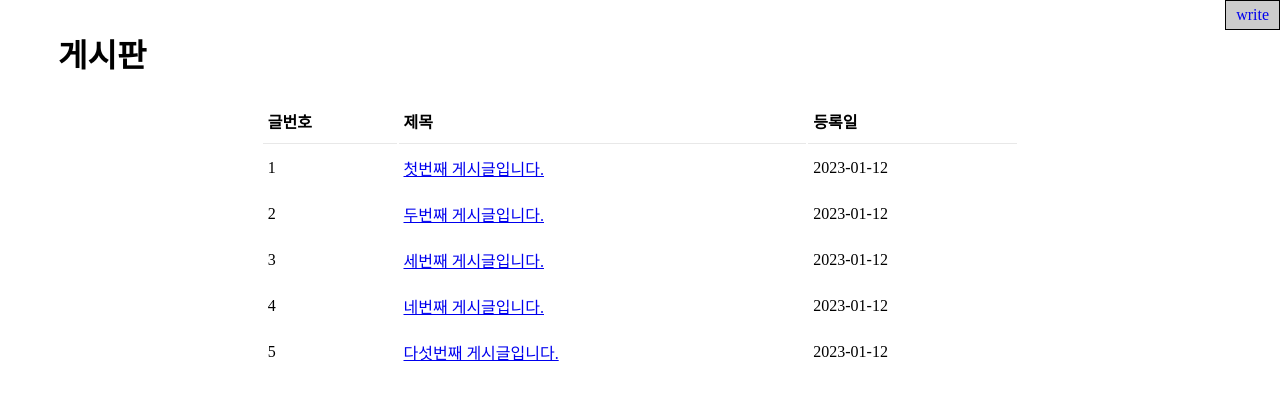
Repository: thdtjdgml415/exVoc
Page: /
These files come from the project's save history. The page is drawn as it stood at one moment and after the next save; the edit follows.
The browser window is 1280 px wide. The pictures show the whole page.
The project was rebuilt for these pictures with package versions that can differ from the ones it lists, and the page was loaded fresh each time. Also part of the build but not shown: src/Page/Post.css, src/Page/PostView.js, src/Page/registration.css, src/components/modal/modal.css, src/components/modal/Modal.js, src/components/modal/CheckModal.js, src/Page/Registration.js.

Above is the page before, as saved 2023-01-13 11:21:51.

After the next save:
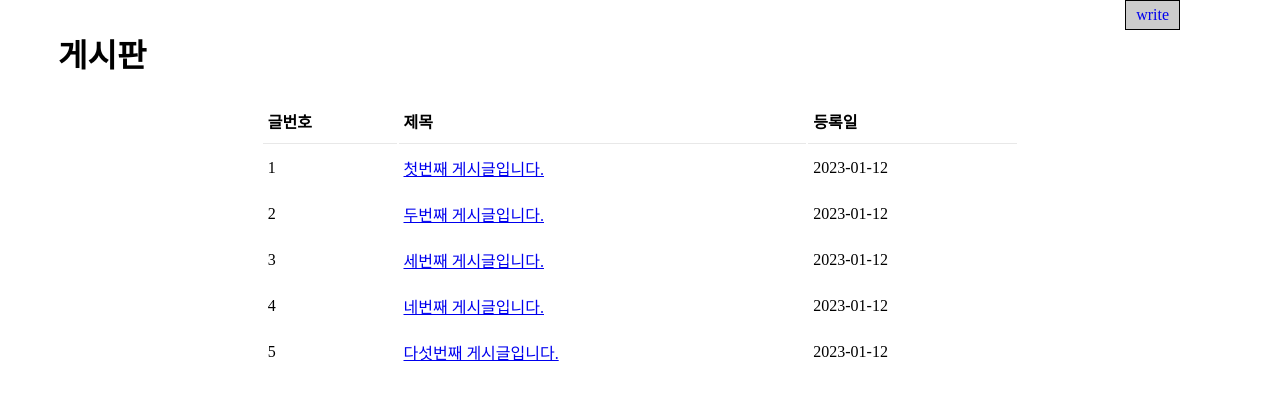
Saved 6 s later.
--- a/src/components/table/CommonTable.css
+++ b/src/components/table/CommonTable.css
@@ -32,6 +32,6 @@ table {
 .post-write-btn {
   padding: 5px 10px;
   position: absolute;
-  right: 0;
+  right: 100px;
   top: 0;
 }
